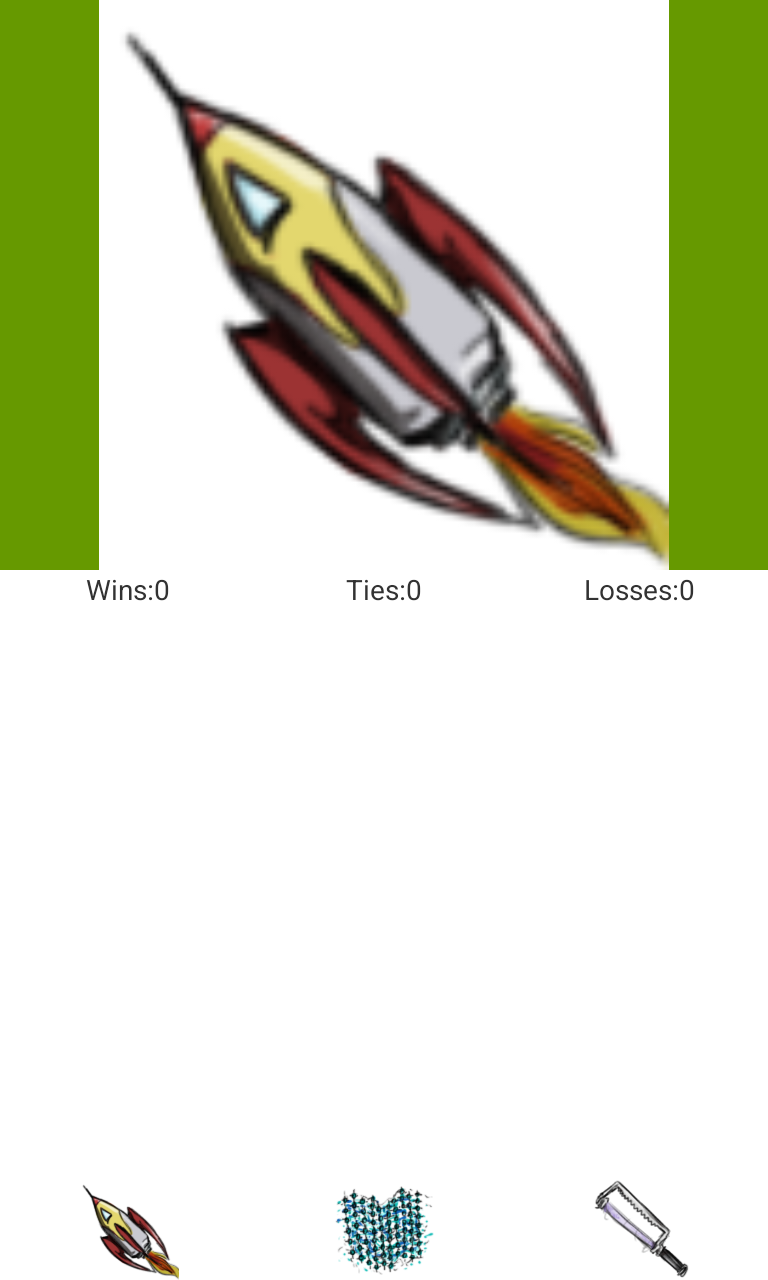
Repository: BU-HuangJ/angrybots_android_app
Layout: workspace/AngryBots/res/layout/activity_mini_game3.xml
These files come from the project's save history. The layout is drawn as it stood at one moment and after a run of saves; the edit follows.
It is drawn on a 768 x 1280 px phone screen (xhdpi) without system bars, with theme AppTheme; the app's code is not run.

Above is the layout before, as saved 2013-04-29 18:03:19.

### workspace/AngryBots/res/layout/activity_mini_game3.xml
<LinearLayout xmlns:android="http://schemas.android.com/apk/res/android"
    xmlns:tools="http://schemas.android.com/tools"
    android:layout_width="match_parent"
    android:layout_height="match_parent"
    android:orientation="vertical"
    tools:context=".MiniGame3" >

    <ImageView
	    android:id="@+id/p2_choice"
	    android:layout_width="fill_parent"
	    android:layout_height="0dp"
	    android:layout_weight="1"
		android:gravity="center"
		android:background="@android:color/holo_green_dark"
	    android:src="@drawable/rpc_rock_rocket" />

    <LinearLayout
        android:id="@+id/RPC_results"
	    android:layout_width="fill_parent"
	    android:layout_height="wrap_content"
	    android:baselineAligned="false"
	    android:orientation="horizontal" >

	    <LinearLayout
		    android:layout_width="0dp"
		    android:layout_height="wrap_content"
	    	android:layout_weight="1"
			android:gravity="center"
		    android:orientation="horizontal" >

		    <TextView
			    android:layout_width="wrap_content"
			    android:layout_height="wrap_content"
			    android:text="@string/rpc_wins" />

		    <TextView
	        	android:id="@+id/RPC_wins"
			    android:layout_width="wrap_content"
			    android:layout_height="wrap_content"
			    android:text="@string/zero" />

	    </LinearLayout>

	    <LinearLayout
		    android:layout_width="0dp"
		    android:layout_height="wrap_content"
	    	android:layout_weight="1"
			android:gravity="center"
		    android:orientation="horizontal" >

		    <TextView
			    android:layout_width="wrap_content"
			    android:layout_height="wrap_content"
			    android:text="@string/rpc_ties" />

		    <TextView
	        	android:id="@+id/RPC_ties"
			    android:layout_width="wrap_content"
			    android:layout_height="wrap_content"
			    android:text="@string/zero" />

	    </LinearLayout>

	    <LinearLayout
		    android:layout_width="0dp"
		    android:layout_height="wrap_content"
	    	android:layout_weight="1"
			android:gravity="center"
		    android:orientation="horizontal" >

		    <TextView
			    android:layout_width="wrap_content"
			    android:layout_height="wrap_content"
			    android:text="@string/rpc_losses" />

		    <TextView
	        	android:id="@+id/RPC_losses"
			    android:layout_width="wrap_content"
			    android:layout_height="wrap_content"
			    android:text="@string/zero" />

	    </LinearLayout>

    </LinearLayout>

    <TextView
	    android:id="@+id/p1_choice"
	    android:layout_width="fill_parent"
	    android:layout_height="0dp"
	    android:layout_weight="1"
		android:gravity="center"
	    android:text="" />

    <LinearLayout
        android:id="@+id/RPC_bot"
	    android:layout_width="fill_parent"
	    android:layout_height="wrap_content"
	    android:orientation="horizontal" >

        <ImageButton
	        android:id="@+id/bot_rock"
	        android:layout_width="0dp"
	        android:layout_height="wrap_content"
	        android:layout_weight="1"
	        android:onClick="chooseRock"
	        android:background="@android:color/transparent"
	        android:src="@drawable/rpc_rock_rocket" />

        <ImageButton
	        android:id="@+id/bot_paper"
	        android:layout_width="0dp"
	        android:layout_height="wrap_content"
	        android:layout_weight="1"
	        android:onClick="choosePaper"
	        android:background="@android:color/transparent"
	        android:src="@drawable/rpc_paper_nano_net" />

        <ImageButton
	        android:id="@+id/bot_scissors"
	        android:layout_width="0dp"
	        android:layout_height="wrap_content"
	        android:layout_weight="1"
	        android:onClick="chooseScissors"
	        android:background="@android:color/transparent"
	        android:src="@drawable/rpc_scissors_laser_cutter" />

    </LinearLayout>

    <Button
        android:id="@+id/find_opponent_button"
        android:layout_width="fill_parent"
        android:layout_height="wrap_content"
        android:onClick="find_opponent"
        android:visibility="gone"
        android:text="@string/find_opponent" />

</LinearLayout>

### workspace/AngryBots/res/values/strings.xml
<?xml version="1.0" encoding="utf-8"?>
<resources>

    <string name="title_activity_human_home_page">HumanHomePage</string>
    <string name="login_screen_image">Login Screen Image</string>
    <string name="title_activity_main_menu">MainMenuActivity</string>
    <string name="app_name">angrybotsapp</string>
    <string name="hello_world">Hello world!</string>
    <string name="menu_settings">Settings</string>
    <string name="AngryBots_Profile">Angry Bots Profile</string>
    <string name="Leaderboard">Leaderboard</string>
    <string name="Achievements">Achievements</string>
    <string name="edit_message">Enter a message</string>
    <string name="button_send">Send</string>
    <string name="title_activity_angrybots_profile">AngrybotsProfile</string>
    <string name="title_activity_leaderboard">Leaderboard</string>
    <string name="title_activity_Achievements">Achievements</string>
    <string name="title_activity_achievements">Achievements</string>
    <string name="lerpzprofile">LerpzProfile</string>
    <string name="title_activity_options">Server</string>
    <string name="title_activity_edit">Map</string>
    <string name="title_activity_tab_sample">Settings</string>
    <string name="title_activity_mini_game">MiniGame</string>
    <string name="title_activity_add_point">AddPoint</string>
    <string name="title_activity_mappoint1">Mappoint1</string>
    <string name="title_activity_mappoint2">Mappoint2</string>
    <string name="title_activity_mappoint3">Mappoint3</string>
    <string name="title_activity_mappoint4">Mappoint4</string>
    <string name="title_activity_mappoint5">Mappoint5</string>
    <string name="title_activity_mappoint6">Mappoint6</string>
    <string name="title_activity_minigame_portal">MinigamePortal</string>
    <string name="title_activity_mini_game2">MiniGame2</string>
    <string name="app_title">Find The Imposter by Dylan Taylor</string>
    <string name="win_title">Congratulations!</string>
    <string name="win_message">You found the imposter!</string>
    <string name="ok">OK</string>
    <string name="lose_title">You Lose!</string>
    <string name="title_activity_human_wiki">HumanWiki</string>
    <string name="title_activity_mini_game3">MiniGame3</string>
    <string name="find_opponent">Search for an Opponent</string>
    <string name="rock">rock</string>
    <string name="paper">paper</string>
    <string name="scissors">scissors</string>
    <string name="rpc_wins">Wins: </string>
    <string name="rpc_ties">Ties: </string>
    <string name="rpc_losses">Losses: </string>
    <string name="zero">0</string>
    <string name="title_activity_robot_home_page">RobotHomePage</string>
    <string name="title_activity_robot_competition">RobotCompetition</string>
    <string name="title_activity_robot_leaderboard">RobotLeaderboard</string>
    <string name="action_settings">Settings</string>
    <string name="title_activity_robot_map">RobotMap</string>
    <string name="title_activity_robot_minigames">RobotMinigames</string>
    <string name="title_activity_robot_profile">RobotProfile</string>
    <string name="title_activity_robot_settings">RobotSettings</string>
    <string name="title_activity_robot_wiki">RobotWiki</string>

</resources>

Loaded but not shown: workspace/AngryBots/res/values/styles.xml (common file); workspace/AngryBots/res/values-v11/styles.xml (common file); workspace/AngryBots/res/values-v14/styles.xml (common file)

After the next 2 saves:
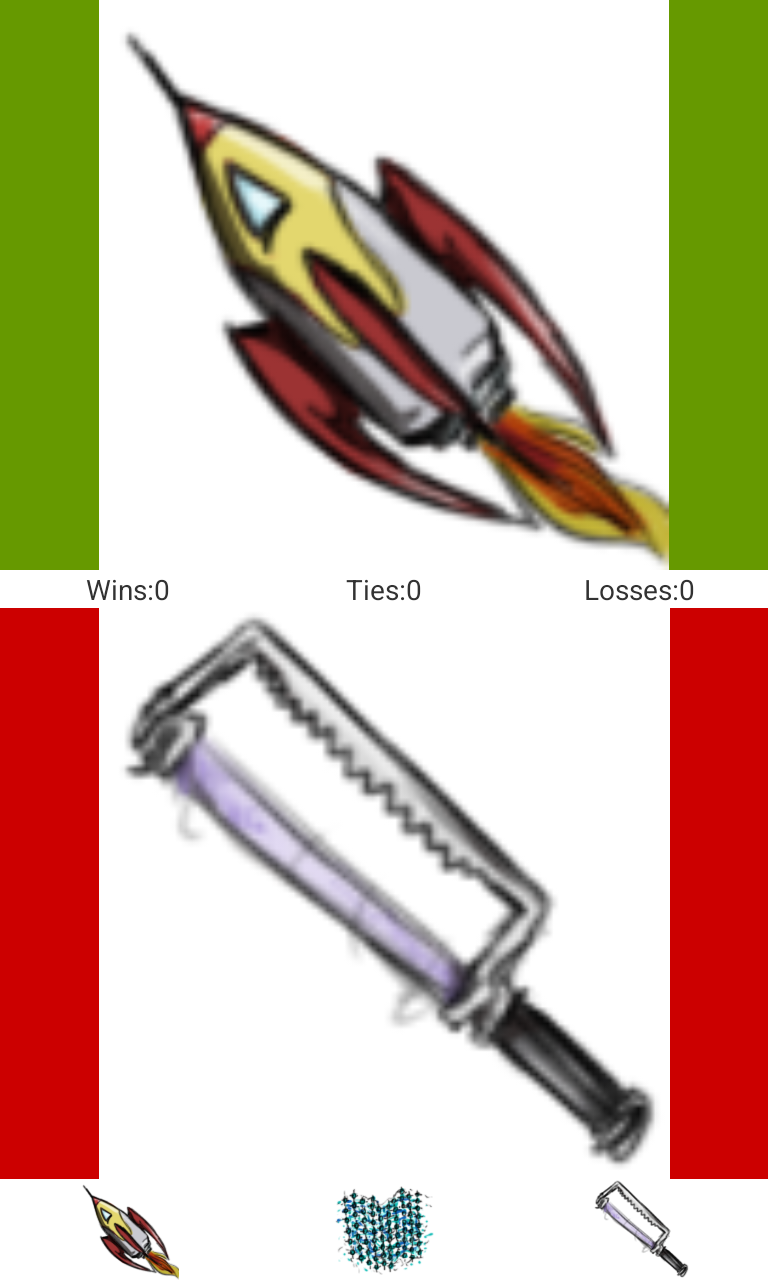
The 2 saves are shown as one change because 1 did not build or start.
The last was saved 2 min 5 s later.
--- a/workspace/AngryBots/res/layout/activity_mini_game3.xml
+++ b/workspace/AngryBots/res/layout/activity_mini_game3.xml
@@ -83,13 +83,14 @@
 
     </LinearLayout>
 
-    <TextView
+    <ImageView
 	    android:id="@+id/p1_choice"
 	    android:layout_width="fill_parent"
 	    android:layout_height="0dp"
 	    android:layout_weight="1"
 		android:gravity="center"
-	    android:text="" />
+		android:background="@android:color/holo_red_dark"
+	    android:src="@drawable/rpc_scissors_laser_cutter" />
 
     <LinearLayout
         android:id="@+id/RPC_bot"
